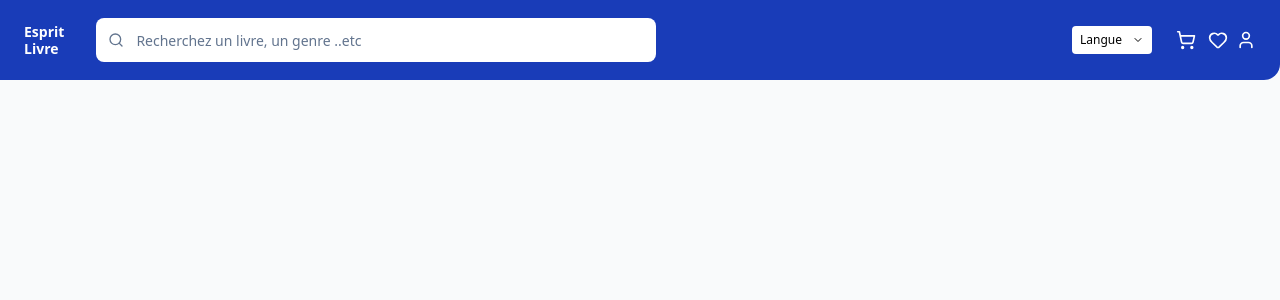
Repository: oussamabenberkane/esprit-livre-front
Page: /
An editor plug-in stored every save of this project. The page is shown before and after the next save, followed by the edit.
The browser window is 1280 px wide. The pictures show the whole page.
The project was rebuilt for these pictures with package versions that can differ from the ones it lists, and the page was loaded fresh each time. Also part of the build but not shown: vite.config.js.

Above is the page before, as saved 2025-09-25 18:48:45.

After the next save:
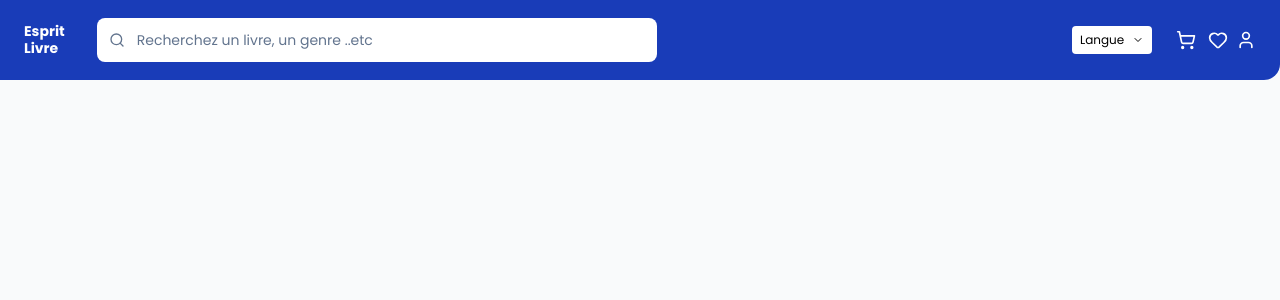
Saved 4 s later.
--- a/src/index.css
+++ b/src/index.css
@@ -1,3 +1,4 @@
+@import url('https://fonts.googleapis.com/css2?family=Poppins:wght@300;400;500;600;700&display=swap');
 @import "tailwindcss";
 
 :root {
